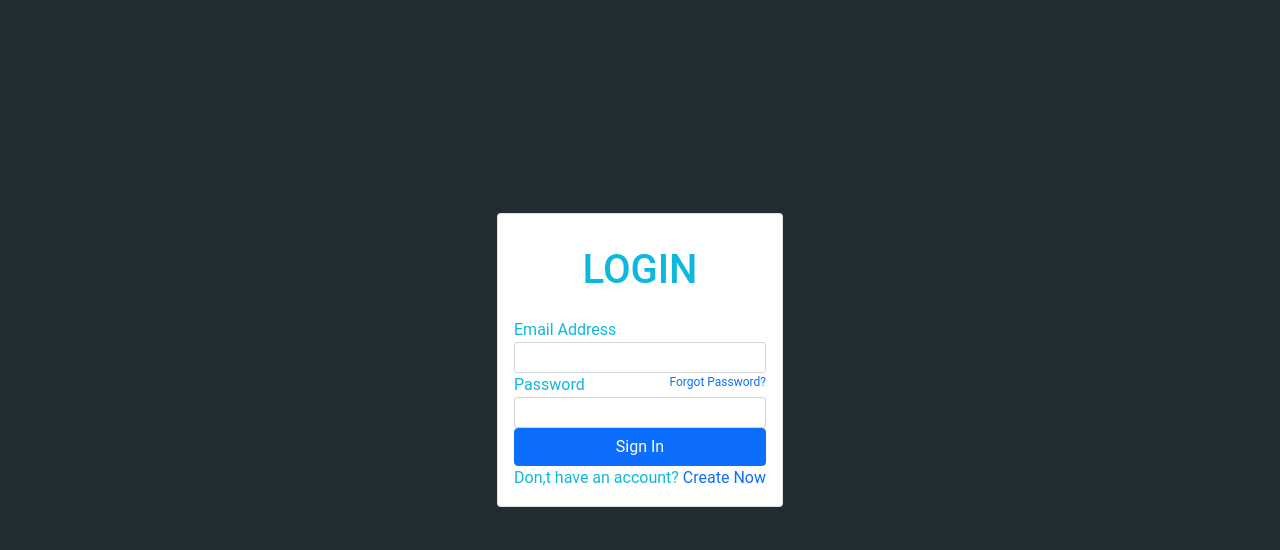
Repository: zjria/Bootstrap_logIn_1
Page: LoginPage/index.html
These files come from the project's save history. The page is drawn as it stood at one moment and after the next save; the edit follows.
The browser window is 1280 px wide. The pictures show the whole page.

Above is the page before, as saved 2022-06-14 11:39:44.

### LoginPage/index.html
<!DOCTYPE html>
<html lang="en">
<head>
    <meta charset="UTF-8">
    <meta http-equiv="X-UA-Compatible" content="IE=edge">
    <meta name="viewport" content="width=device-width, initial-scale=1.0">
    <title>LogIn Page</title>

    <!-- Bootstrap CDN Link -->
    <link href="https://cdn.jsdelivr.net/npm/bootstrap@5.0.2/dist/css/bootstrap.min.css" rel="stylesheet" integrity="sha384-EVSTQN3/azprG1Anm3QDgpJLIm9Nao0Yz1ztcQTwFspd3yD65VohhpuuCOmLASjC" crossorigin="anonymous">

    <!-- Google Font -->
    <link rel="preconnect" href="https://fonts.googleapis.com">
    <link rel="preconnect" href="https://fonts.gstatic.com" crossorigin>
    <!-- Custom Css -->
    <link rel="stylesheet" href="style.css">
</head>
<body>
    <div class="global-container">
        <div class="card login-form">
            <div class="card-body">
                <h1 class="card-body text-center">LOGIN</h1>
                <div class="card-text">
                    <form action="#">

                        <div class="form-group">
                            <label for="exampleInputEmail1">Email Address</label>
                            <input type="email" class="form-control form-control-sm" id="exampleInputEmail1">
                        </div>

                        <div class="form-group">
                            <label for="exampleInputPassword1">Password</label>
                            <a href="#" style="float: right; font-size: 12px;" class="text-decoration-none">Forgot Password?</a>

                            <input type="password" class="form-control form-control-sm" id="exampleInputPassword1">


                            <div class="d-grid gap-2">


                                <button type="submit" class="btn btn-primary">
                                    Sign In

                                </button>

                              </div>





                        </div>




                        <div class="singUp">Don,t have an account? <a href="#" class="text-decoration-none">Create Now</a></div>
                    </form>
                </div>
            </div>
        </div>
    </div>

<!-- Bootstrap JavaScript Link -->
<script src="https://cdn.jsdelivr.net/npm/bootstrap@5.0.2/dist/js/bootstrap.bundle.min.js" integrity="sha384-MrcW6ZMFYlzcLA8Nl+NtUVF0sA7MsXsP1UyJoMp4YLEuNSfAP+JcXn/tWtIaxVXM" crossorigin="anonymous"></script>

</body>
</html>

### LoginPage/style.css
body, html {
    height: 100%;
    background-color: #222d32 !important;
    font-family: 'Roboto', sans-serif;
}
.global-container{
    height: 100%;
    display: flex;
    align-items: center;
    justify-content: center;
    color: #0db8de;
}

After the next save:
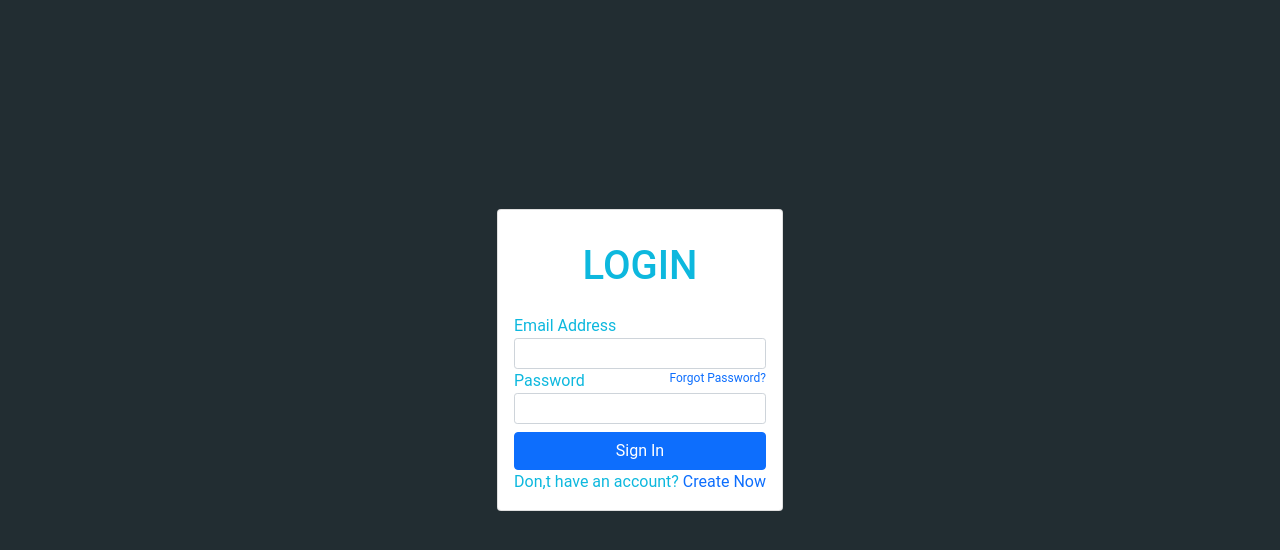
Saved 14 s later.
--- a/LoginPage/index.html
+++ b/LoginPage/index.html
@@ -32,7 +32,7 @@
                             <label for="exampleInputPassword1">Password</label>
                             <a href="#" style="float: right; font-size: 12px;" class="text-decoration-none">Forgot Password?</a>
 
-                            <input type="password" class="form-control form-control-sm" id="exampleInputPassword1">
+                            <input type="password" class="form-control form-control-sm mb-2" id="exampleInputPassword1">
 
 
                             <div class="d-grid gap-2">
